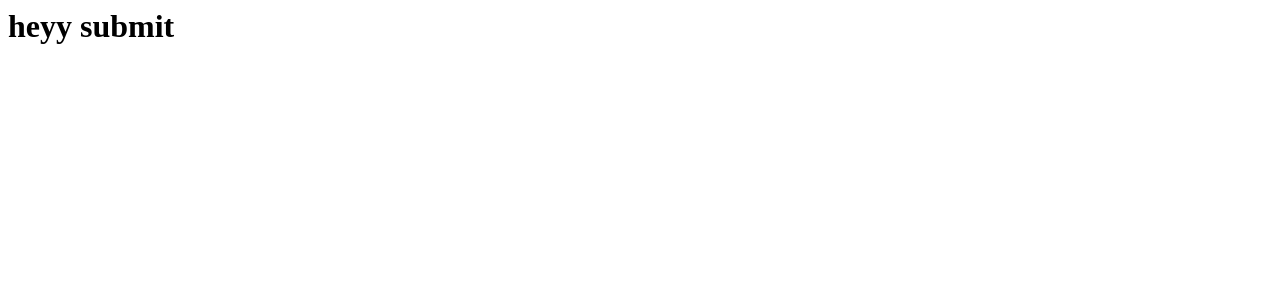
Repository: SujayZope/javaTrainingVizag
Page: http://localhost/laxman/submit.jsp
The author's editor kept a copy of each file at every save. The page is drawn from the files as they stood at one save, then again after the next save.
The browser window is 1280 px wide. The pictures show the whole page.
The page is served by Tomcat 9.

Above is the page before, as saved 2024-04-04 14:30:31.

### Servlet/laxman/src/main/webapp/submit.jsp
<h1>heyy submit</h1>

After the next save:
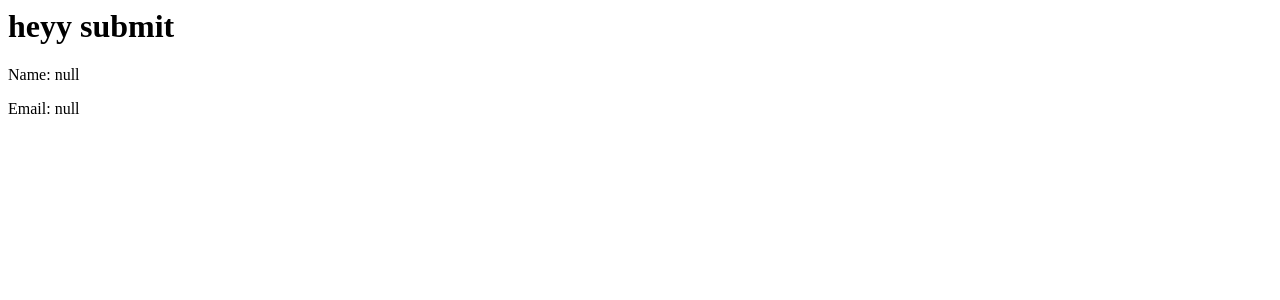
Saved 65 s later.
--- a/Servlet/laxman/src/main/webapp/submit.jsp
+++ b/Servlet/laxman/src/main/webapp/submit.jsp
@@ -1 +1,7 @@
 <h1>heyy submit</h1>
+  <% String name = request.getParameter("name"); %>
+    <% String email = request.getParameter("email"); %>
+
+    <%-- Display retrieved parameters --%>
+    <p>Name: <%= name %></p>
+    <p>Email: <%= email %></p>
